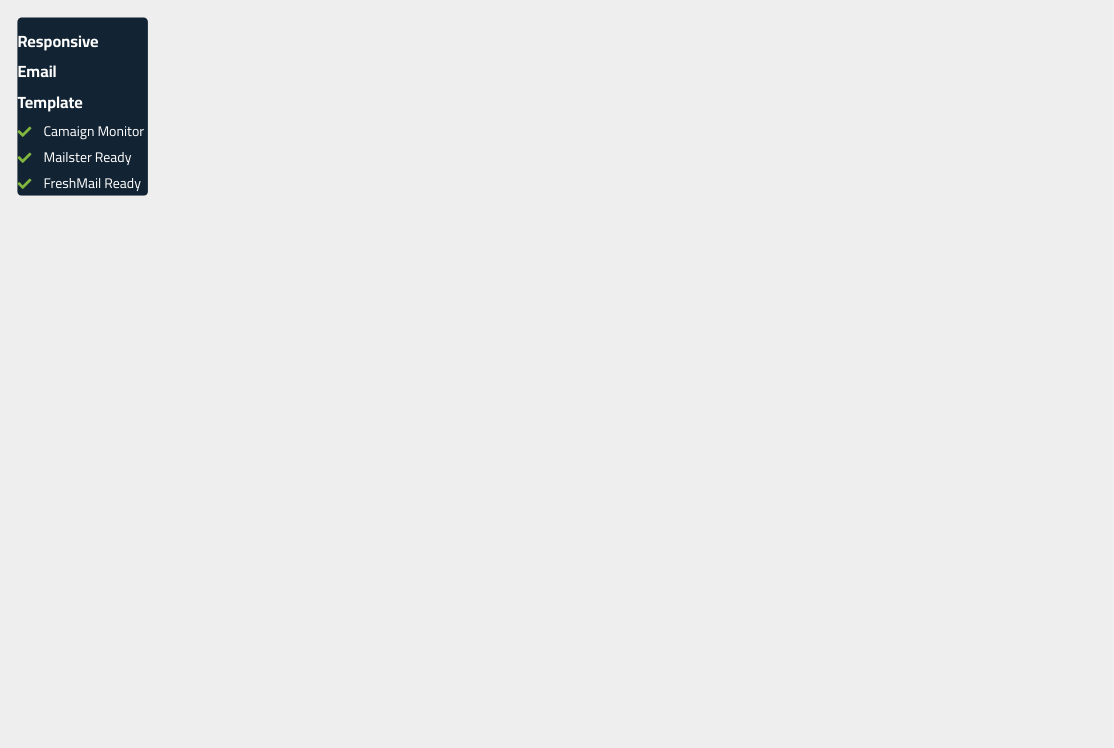
Repository: Z-ayat/Challenges
Page: Challenge 3/index.html
The author's editor kept a copy of each file at every save. The page is drawn from the files as they stood at one save, then again after the next save.
The browser window is 1280 px wide. The pictures show the whole page, at 87% of full size.

Above is the page before, as saved 2021-09-03 23:30:12.

### Challenge 3/index.html
<!DOCTYPE html>
<html lang="en">

<head>
    <meta charset="UTF-8">
    <title>Responsive Mail</title>
    <link rel="stylesheet" href="styling/css/master.css">
    <link rel="stylesheet" href="styling/css/all.min.css">
    <link rel="preconnect" href="https://fonts.googleapis.com">
    <link rel="preconnect" href="https://fonts.gstatic.com" crossorigin>
    <link href="https://fonts.googleapis.com/css2?family=Cairo:wght@400;600;700;900&display=swap" rel="stylesheet">
</head>

<body>
    <div class="layout">
        <div class="header">
            <div class="pop">
                <h3>Responsive Email Template</h3>
                <p class="green-right">Camaign Monitor</p>
                <p class="green-right">Mailster Ready</p>
                <p class="green-right">FreshMail Ready</p>
            </div>
        </div>
        <div class="nthere">
            <div class="bord"></div>
        </div>
        <div class="cards">
            <div class="one"></div>
            <div class="two"></div>
            <div class="three"></div>
        </div>
        <div class="foot"><img src="" alt=""></div>
    </div>
</body>

</html>

### Challenge 3/styling/css/master.css
* {
    padding: 0;
    margin: 0;
    box-sizing: border-box;
}

:root {
    --maincolor: #122333;
    --secondrycolor: #ED4C21;
    --fontcolor: white;
    /* --anothercolor:; */
    --mainfont: 'Cairo', sans-serif;
}

.layout {
    padding: 20px;
    display: grid;
    grid-template-rows: repeat(4, 1fr);
}

div {
    background-color: #eee;
}

h3 {
    width: 40px;
    font-family: var(--mainfont);
    color: var(--fontcolor);
}

.green-right {
    position: relative;
    margin-left: 30px;
    color: var(--fontcolor);
    font-family: var(--mainfont);
}

.pop {
    border-radius: 5px;
    padding-top: 10px;
    width: 150px;
    background-color: var(--maincolor);
    -webkit-border-radius: 5px;
    -moz-border-radius: 5px;
    -ms-border-radius: 5px;
    -o-border-radius: 5px;
}

.green-right::before {
    position: absolute;
    top: 8px;
    display: block;
    left: -30px;
    float: left;
    color: #81B73E;
    font-family: "Font Awesome 5 Free";
    font-weight: 900;
    content: "\f00c";
}

Loaded but not shown: Challenge 3/styling/css/all.min.css (library)

After the next save:
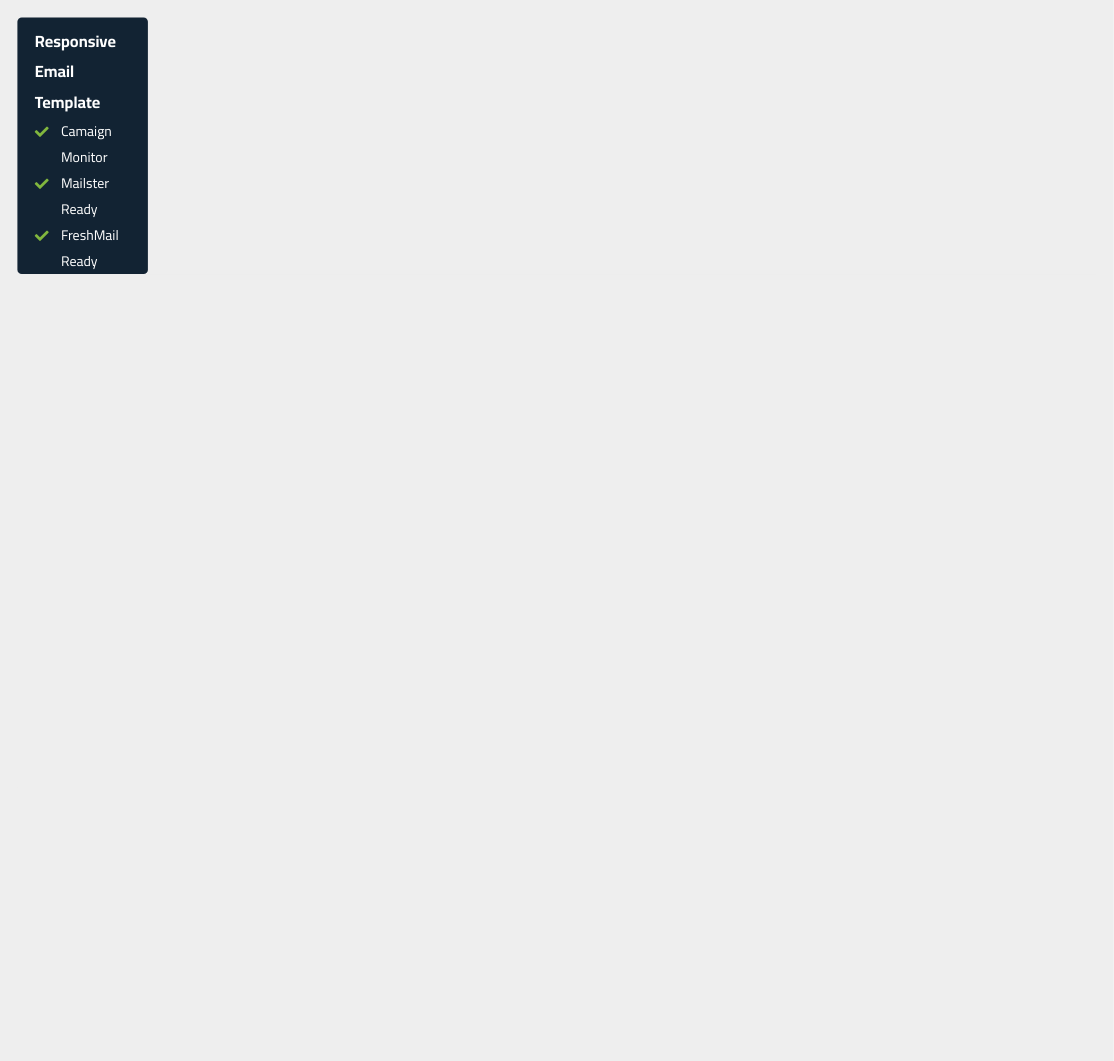
Saved 9 s later.
--- a/Challenge 3/styling/css/master.css
+++ b/Challenge 3/styling/css/master.css
@@ -38,6 +38,7 @@
 .pop {
     border-radius: 5px;
     padding-top: 10px;
+    padding-left: 20px;
     width: 150px;
     background-color: var(--maincolor);
     -webkit-border-radius: 5px;

After the save that followed:
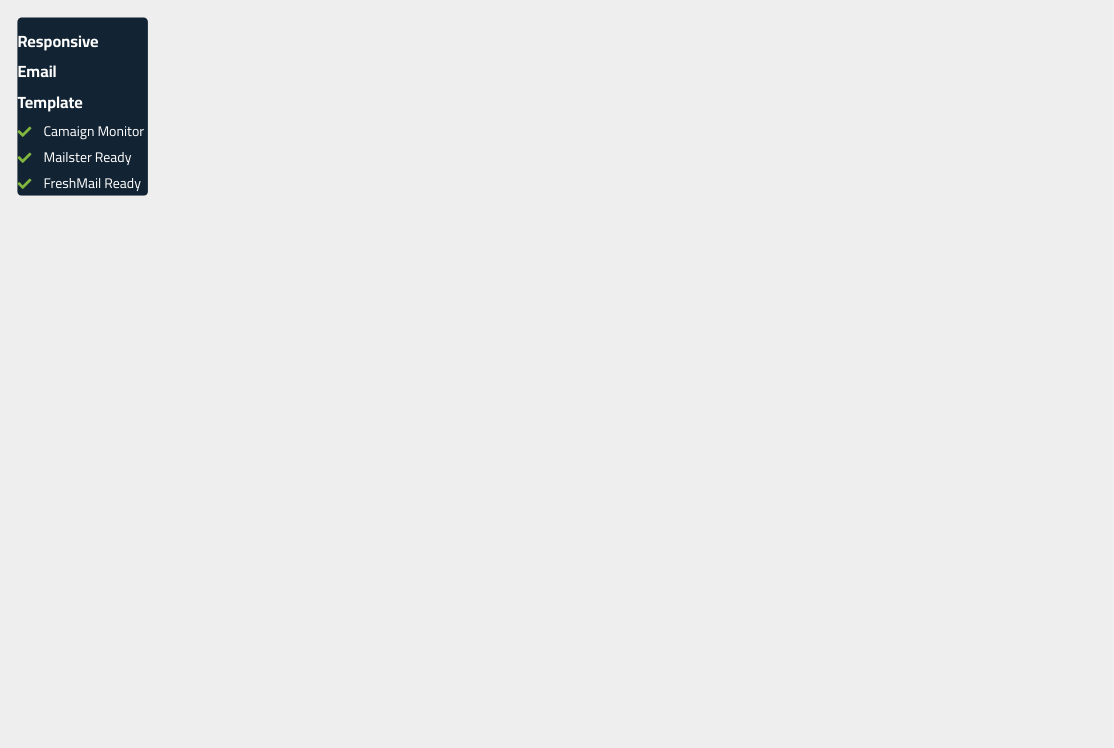
Saved 11 s later.
--- a/Challenge 3/styling/css/master.css
+++ b/Challenge 3/styling/css/master.css
@@ -38,7 +38,6 @@
 .pop {
     border-radius: 5px;
     padding-top: 10px;
-    padding-left: 20px;
     width: 150px;
     background-color: var(--maincolor);
     -webkit-border-radius: 5px;
